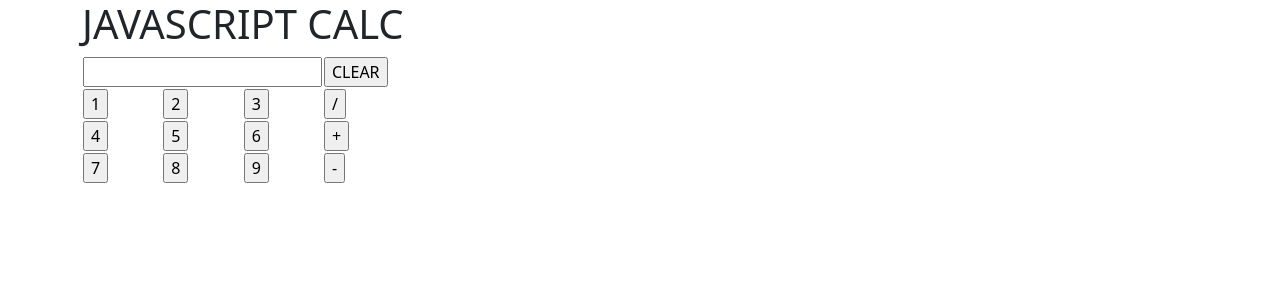
Repository: harryninja/14JsReact
Page: CalcJS/index.html
The author's editor kept a copy of each file at every save. The page is drawn from the files as they stood at one save, then again after the next save.
The browser window is 1280 px wide. The pictures show the whole page.

Above is the page before, as saved 2022-03-08 22:44:10.

### CalcJS/index.html
<!DOCTYPE html>
<html lang="en">

<head>
    <meta charset="UTF-8">
    <meta http-equiv="X-UA-Compatible" content="IE=edge">
    <meta name="viewport" content="width=device-width, initial-scale=1.0">
    <title>JSCalculator</title>
    <!-- JavaScript Bundle with Popper -->
    <script src="https://cdn.jsdelivr.net/npm/bootstrap@5.1.3/dist/js/bootstrap.bundle.min.js"
        integrity="sha384-ka7Sk0Gln4gmtz2MlQnikT1wXgYsOg+OMhuP+IlRH9sENBO0LRn5q+8nbTov4+1p" crossorigin="anonymous">
    </script>
    <!-- CSS only -->
    <link href="https://cdn.jsdelivr.net/npm/bootstrap@5.1.3/dist/css/bootstrap.min.css" rel="stylesheet"
        integrity="sha384-1BmE4kWBq78iYhFldvKuhfTAU6auU8tT94WrHftjDbrCEXSU1oBoqyl2QvZ6jIW3" crossorigin="anonymous">
</head>

<body>
    <div class="container">
        <div class="row">
            <div class="col-md-6">
                <h1>JAVASCRIPT CALC</h1>
                <table>
                    <tr>
                        <td colspan="3"><input type="text" id="textarea"></td>
                        <td><input type="button" value="CLEAR"></td>
                    </tr>
                    <tr>
                        <td><input type="button" value="1" onclick="display('1')"></td>
                        <td><input type="button" value="2" onclick="display('2')"></td>
                        <td><input type="button" value="3" onclick="display('3')"></td>
                        <td><input type="button" value="/" onclick="display('/')"></td>
                    </tr>
                    <tr>
                        <td><input type="button" value="4" onclick="display('4')"></td>
                        <td><input type="button" value="5" onclick="display('5')"></td>
                        <td><input type="button" value="6" onclick="display('6')"></td>
                        <td><input type="button" value="+" onclick="display('+')"></td>
                    </tr>
                    <tr>
                        <td><input type="button" value="7" onclick="display('7')"></td>
                        <td><input type="button" value="8" onclick="display('8')"></td>
                        <td><input type="button" value="9" onclick="display('9')"></td>
                        <td><input type="button" value="-" onclick="display('-')"></td>
                    </tr>
                </table>
            </div>
        </div>
    </div>
</body>

</html>

After the next save:
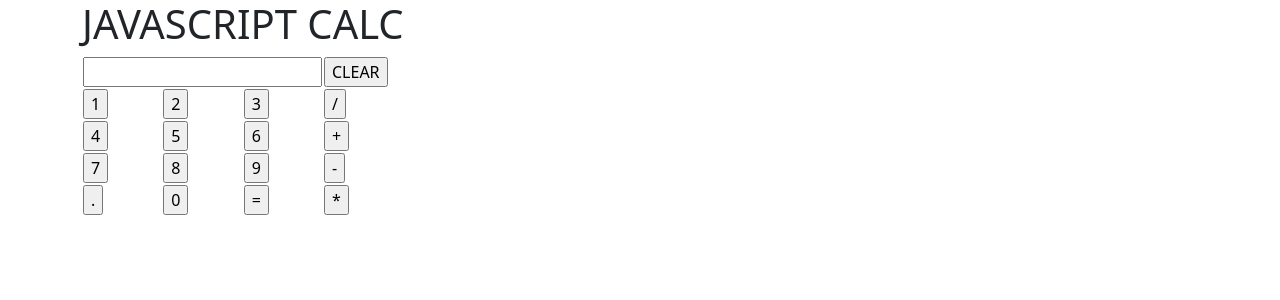
Saved 63 s later.
--- a/CalcJS/index.html
+++ b/CalcJS/index.html
@@ -43,6 +43,12 @@
                         <td><input type="button" value="9" onclick="display('9')"></td>
                         <td><input type="button" value="-" onclick="display('-')"></td>
                     </tr>
+                    <tr>
+                        <td><input type="button" value="." onclick="display('.')"></td>
+                        <td><input type="button" value="0" onclick="display('0')"></td>
+                        <td><input type="button" value="=" onclick="display('=')"></td>
+                        <td><input type="button" value="*" onclick="display('*')"></td>
+                    </tr>
                 </table>
             </div>
         </div>
